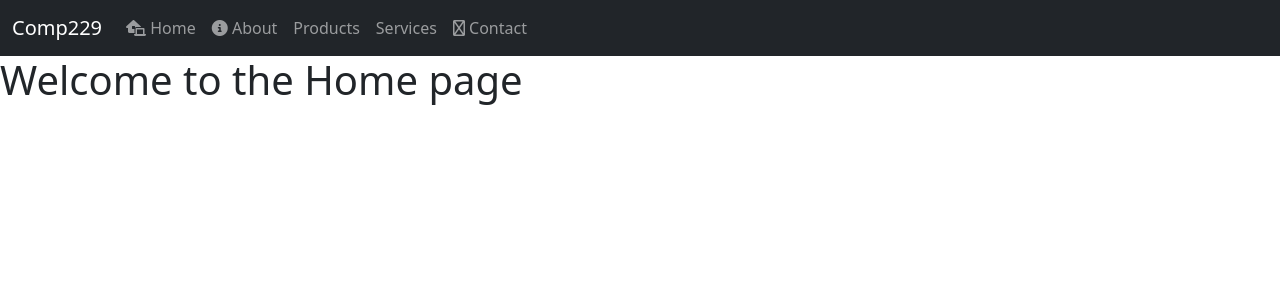
Repository: nhoque7/week3t.2
Page: http://localhost/
The author's editor kept a copy of each file at every save. The page is drawn from the files as they stood at one save, then again after the next save.
The browser window is 1280 px wide. The pictures show the whole page.
The page is served by the project's Node server (server.js).

Above is the page before, as saved 2022-10-13 16:37:13.

After the next save:
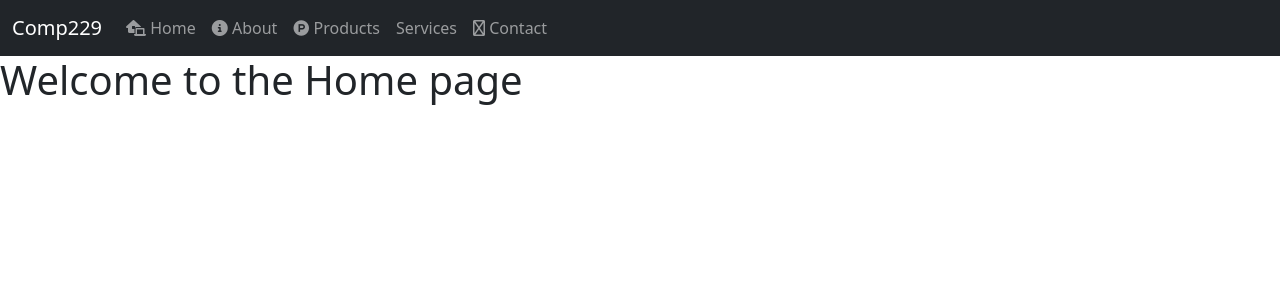
Saved 97 s later.
--- a/views/index.ejs
+++ b/views/index.ejs
@@ -32,7 +32,7 @@
           </li>
 
           <li class="nav-item">
-            <a class="nav-link" aria-current="page" href="/products">Products</a>
+            <a class="nav-link" aria-current="page" href="/products"><i class="fa-brands fa-product-hunt"></i> Products</a>
           </li>
 
           <li class="nav-item">
